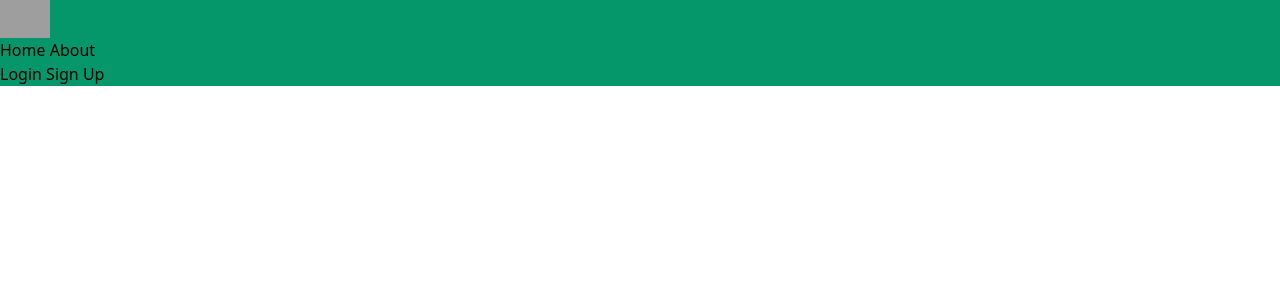
Repository: DaNiels89/tailwind-stawberries
Page: index.html
An editor plug-in stored every save of this project. The page is shown before and after the next save, followed by the edit.
The browser window is 1280 px wide. The pictures show the whole page.
Pictures or frames that could not be fetched are drawn as grey boxes.

Above is the page before, as saved 2020-08-24 13:19:25.

### index.html
<!DOCTYPE html>
<html lang="en">
  <head>
    <meta charset="UTF-8" />
    <meta name="viewport" content="width=device-width, initial-scale=1.0" />
    <title>Website with Tailwind</title>
    <link
      href="https://unpkg.com/tailwindcss@^1.0/dist/tailwind.min.css"
      rel="stylesheet"
    />
  </head>
  <body>
    <header class="bg-green-600">
      <nav class="">
        <div>
          <img
            src="img/strawberry.png"
            alt="Mountain logo"
            class="Logo"
            width="50"
          />
          <a href="#" class="">Home</a>
          <a href="#" class="">About</a>
        </div>
        <div class="">
          <a href="#" class="">Login</a>
          <a href="#" class="">Sign Up</a>
        </div>
      </nav>
    </header>
    <main class=""></main>
    <footer class=""></footer>
  </body>
</html>

After the next save:
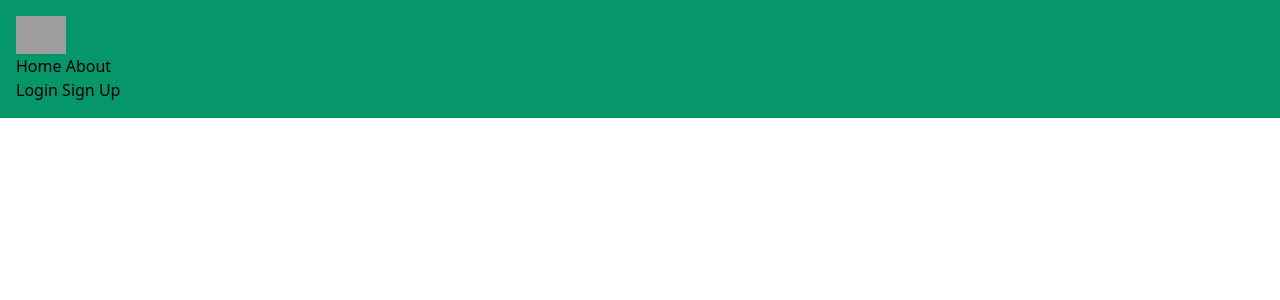
Saved 10 s later.
--- a/index.html
+++ b/index.html
@@ -10,7 +10,7 @@
     />
   </head>
   <body>
-    <header class="bg-green-600">
+    <header class="bg-green-600 p-4">
       <nav class="">
         <div>
           <img
